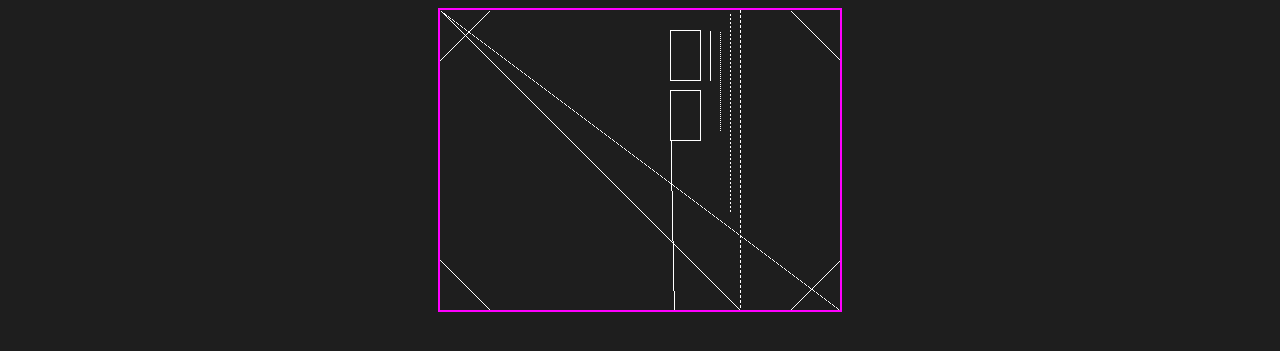
Repository: StarLightGX/miao
Page: paint.html
These files come from the project's save history. The page is drawn as it stood at one moment and after the next save; the edit follows.
The browser window is 1280 px wide. The pictures show the whole page.

Above is the page before, as saved 2020-11-12 20:52:40.

After the next save:
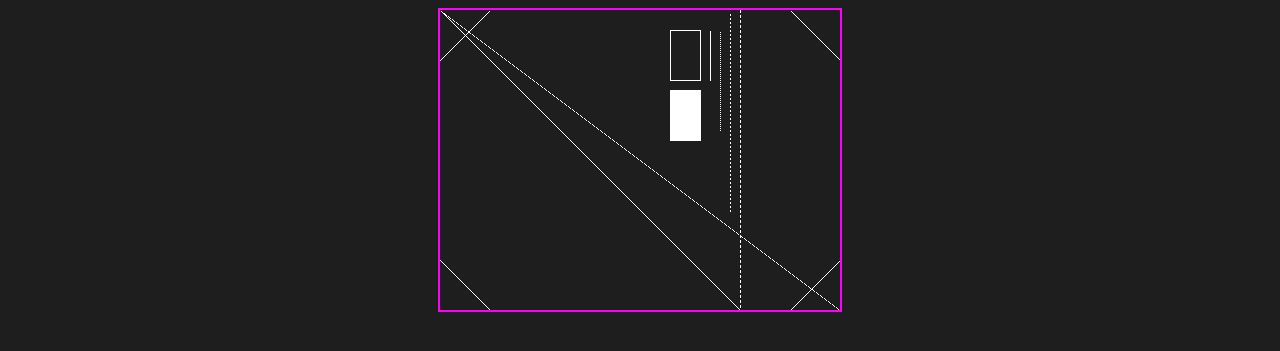
Saved 14 s later.
--- a/paint.html
+++ b/paint.html
@@ -208,9 +208,9 @@
       dot(y + 209, x + 100);
     }
 
-    y = 80;
     x = 230;
     for (x = 230; x < 260; x++) {
+      y = 80;
       for (i = 0; i < 50; i++) {
         y = y + 1;
         dot(x, y);
